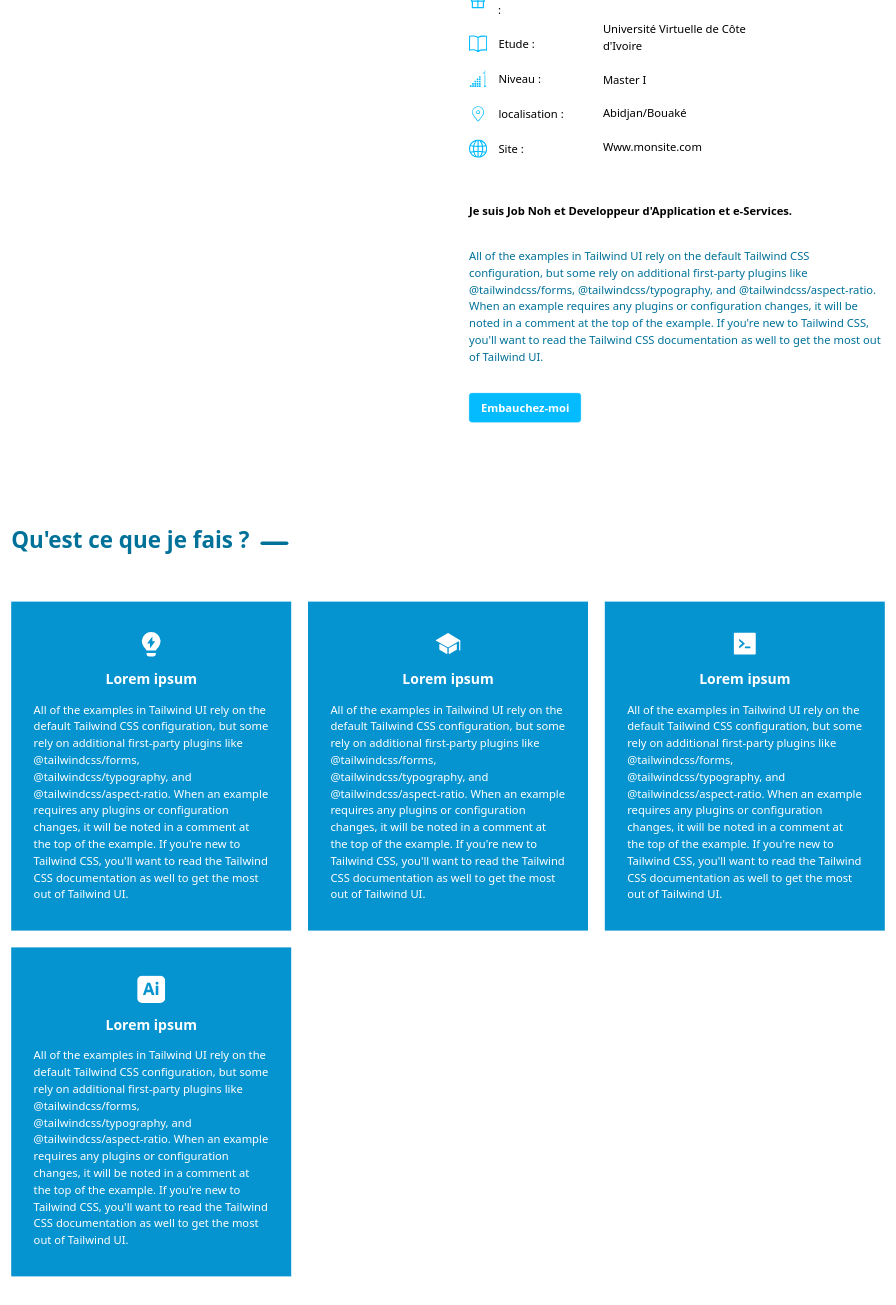
Repository: anoy1010/Nextportfolio
Page: /
An editor plug-in stored every save of this project. The page is shown before and after a run of saves, followed by the edit.
The browser window is 1280 px wide. The pictures show the part of the page from y = 958 to 2878 px (the page is 2822 px tall before and 2878 px after), at 70% of full size.
Backgrounds fixed to the window are drawn as part of the page. The project was rebuilt for these pictures with package versions that can differ from the ones it lists, and the page was loaded fresh each time. The framework's server and built-in components were replaced by stand-ins that run in the browser. Also part of the build but not shown: next.config.js, styles/Home.module.css.

Above is the page before, as saved 2023-03-06 18:39:49.

After the next 2 saves:
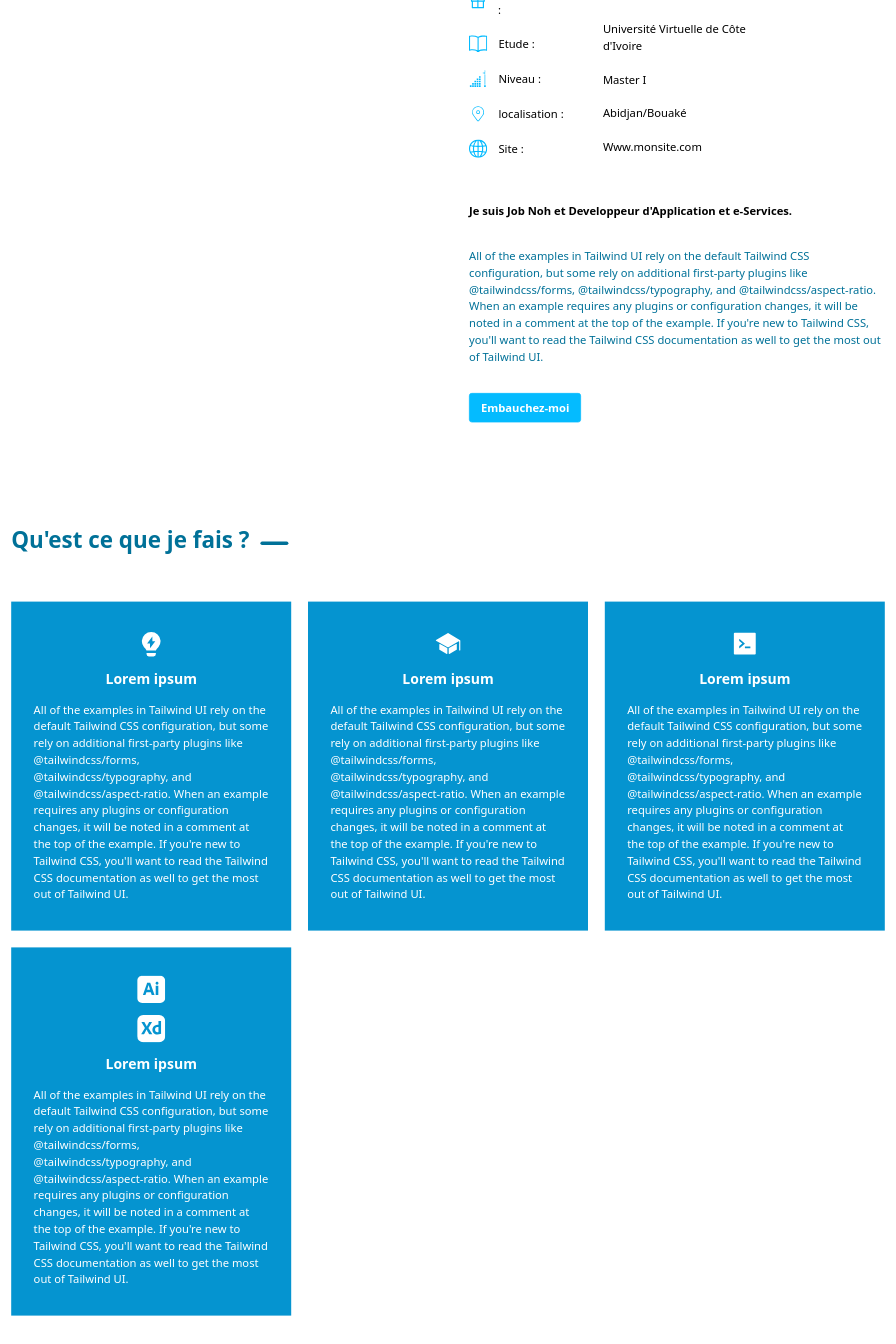
The 2 saves are shown as one change because 1 did not build or start.
The last was saved 117 s later.
--- a/components/WhatIDo.js
+++ b/components/WhatIDo.js
@@ -3,7 +3,7 @@ import Heading from './Heading'
 import {RiLightbulbFlashFill} from 'react-icons/ri'
 import {AiFillCode} from 'react-icons/ai'
 import {IoIosSchool} from'react-icons/io'
-import {SiAdobeillustrator} from 'react-icons/si'
+import {SiAdobeillustrator,SiAdobexd} from 'react-icons/si'
 
 const WhatIDo = () => {
   return (
@@ -48,7 +48,7 @@ const WhatIDo = () => {
             </div>
 
             <div className='Shadow-lgf flex flex-col gap-4 px-8 py-10 bg-[#0594d0] text-white items-center'>
-                <SiAdobeillustrator className=' text-[40px]   ' />
+                <SiAdobeillustrator className=' text-[40px]   ' /> <SiAdobexd className=' text-[40px]   '/>
                 <h2 className='font-bold text-[20px]'>Lorem ipsum</h2>
                 <p>
                     All of the examples in Tailwind UI rely on the default Tailwind CSS configuration, but some rely on additional first-party plugins like @tailwindcss/forms, @tailwindcss/typography, and @tailwindcss/aspect-ratio.
